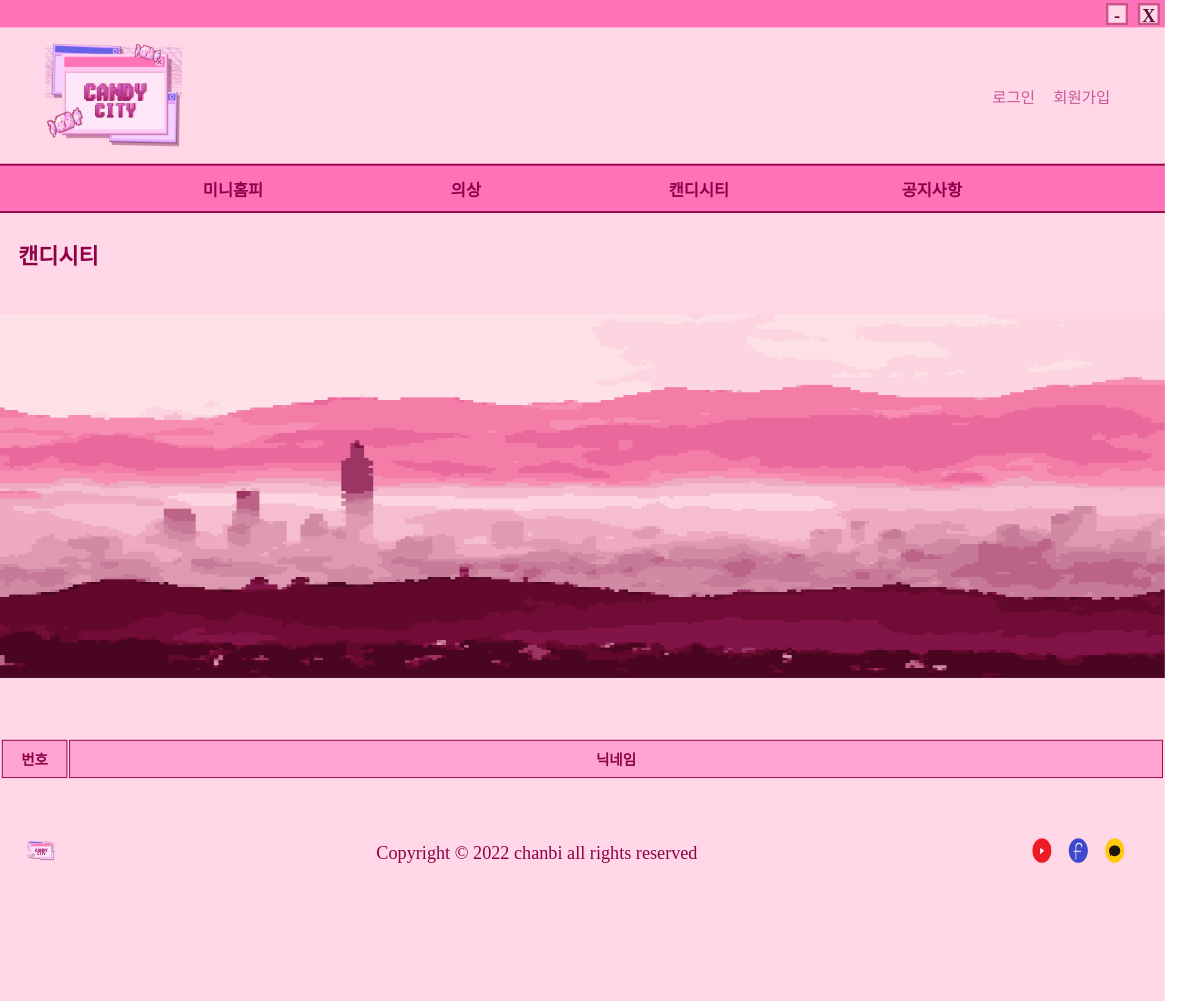
Repository: chanbiM/candyCityProject
Page: http://localhost/CandyCityProj/getCandyCityList
The author's editor kept a copy of each file at every save. The page is drawn from the files as they stood at one save, then again after the next save.
The browser window is 1280 px wide. The page is 1310 px wide, so the pictures cover 1310 px, including what lies to the right of the window. The pictures show the whole page, at 91% of full size.
Some web fonts or font styles are not loaded; a fallback is used. The page is served by Tomcat 9. Other server files are loaded and not shown. Queries for data that is not in the repository find no rows.

Above is the page before, as saved 2022-11-20 06:29:55.

### CandyCityProj/WebContent/member/character/candyCity.jsp
<%@page import="dao.CharacterDAO"%>
<%@page import="vo.CharacterVO"%>
<%@page import="vo.CostumeVO"%>
<%@page import="java.util.ArrayList"%>
<%@page import="vo.MemberVO"%>
<%@ page language="java" contentType="text/html; charset=UTF-8"
	pageEncoding="UTF-8"%>
<%@ include file="/header.jsp"%>
<link rel="stylesheet" href="/css/homepiStyle.css">
<link rel="stylesheet" href="/css/postListStyle.css">


<br>
<%
	ArrayList<MemberVO> candiCityList = (ArrayList<MemberVO>) request.getAttribute("candiCityList");
%>
<h2>캔디시티</h2>
<br>

<div class="candyCity">
	<ul class="mainList">
		<%
			for (MemberVO data : candiCityList) {
				//아바타 출력
				CharacterDAO charDao = new CharacterDAO();
				CharacterVO costume = charDao.getCharacterCode(data.getId());

				CostumeVO head = charDao.getCostumeInfo(costume.getHead());
				CostumeVO eyes = charDao.getCostumeInfo(costume.getEyes());
				CostumeVO body = charDao.getCostumeInfo(costume.getBody());
				CostumeVO shoes = charDao.getCostumeInfo(costume.getShoes());
		%>
				<li>
					<ul class="subList">
						<li class="char">
<%
						if (costume.getHead() != null) {
%> 							<a href="/GetHomepi?id=<%=data.getId()%>"><img alt="머리" src="/images/costume/<%=head.getName()%>" class="head"></a> <%
 						}
 						if (costume.getEyes() != null) {
 %>
 							<a href="/GetHomepi?id=<%=data.getId()%>"><img alt="눈" src="/images/costume/<%=eyes.getName()%>" class="eyes"></a>
<%
						}
						if (costume.getBody() != null) {
%>
							<a href="/GetHomepi?id=<%=data.getId()%>"><img alt="몸" src="/images/costume/<%=body.getName()%>" class="body"></a>
<%
						}
						if (costume.getShoes() != null) {
%>
							<a href="/GetHomepi?id=<%=data.getId()%>"><img alt="신발" src="/images/costume/<%=shoes.getName()%>" class="shoes"></a> <%
 						}
%>

 						<a href="/GetHomepi?id=<%=data.getId()%>"> <img alt="캐릭터" src="/images/costume/character.png" class="character"></a>
					</li>
					</ul>

				</li>

		<%
			}
		%>

	</ul>
		<img alt="캔디시티 배경" src="/images/candycityBack.png" id="candy_back"
		width="1280" height="400">
</div>
<br><br>




<!--미니홈피 목록-->
<table id="homepiList">
	<tr>
		<th class="number">번호</th>

		<th class="nickName">닉네임</th>
	</tr>

	<%
		int num = 1;
		for (MemberVO data : candiCityList) {
	%>
	<tr>
		<td><a href="/GetHomepi?id=<%=data.getId()%>"><%=num%></a></td>
		<td><a href="/GetHomepi?id=<%=data.getId()%>"><%=data.getName()%></a>
		</td>
	</tr>
	<%
		num++;
	%>
	<%
		}
	%>


</table>



<%@ include file="/footer.jsp"%>

### CandyCityProj/WebContent/header.jsp
<%@page import="vo.MemberVO"%>
<%@ page language="java" contentType="text/html; charset=UTF-8"
	pageEncoding="UTF-8"%>
<!DOCTYPE html>
<html>
<head>
<meta charset="UTF-8">
<title>Candy City</title>
<link rel="stylesheet" href="/css/mainStyle.css">
<script src="/js/jquery-3.1.1.min.js"></script>
</head>
<body>
	<div class="wrapper">
		<!-- 창 바 -->
		<div class="window">
			<button class="widow_btn" id="-_btn">-</button>
			<button class="widow_btn" id="x_btn">X</button>
		</div>

		<header>
			<!-- 로고 -->
			<div class="logo">
				<a href="/index.jsp"><img alt="로고" src="/images/logo.png"></a>
			</div>

			<!-- 기타 메뉴바 -->
			<div class="minimenu">

				<ul>
					<%
						MemberVO vo = (MemberVO) session.getAttribute("loginOK");
						if (vo == null) {
					%>
					<li><a href="/member/login.jsp">로그인</a></li>
					<li><a href="/member/insertMember.jsp">회원가입</a></li>
					<%
						} else {
					%>
					<li><a href="/member/myPage.jsp"><%=vo.getName()%>님</a></li>
					<li><a href="/logout"> 로그아웃 </a></li>
					<li><a href="/member/myPage.jsp">마이페이지</a></li>

					<%
						}
					%>
				</ul>

			</div>
		</header>

		<!-- 메뉴바 -->
		<nav>
			<ul class="mainmenu">
				<li><a href="/getHomepiList">미니홈피</a>
					<ul class="submenu">
					<%
						if (vo == null) {
					%>
						<li><a href="/member/login.jsp">내 미니홈피</a></li>
						<li><a href="/getHomepiList">미니홈피 목록</a></li>
					<%
						} else {
					%>

						<li><a href="/GetHomepi?id=<%= vo.getId() %>">내 미니홈피</a></li>
						<li><a href="/getHomepiList">미니홈피 목록</a></li>
					<%
						}
					%>
					</ul></li>

				<li><a href="#">의상</a>
					<ul class="submenu">
					<%
						if (vo == null) {
					%>
						<li><a href="/member/login.jsp">내 의상</a></li>
						<li><a href="/member/login.jsp">의상 상점</a></li>
						<li><a href="/member/login.jsp">의상 설정</a></li>
					<% } else {
					%>
						<li><a href="/getcCostumeList?id=<%= vo.getId() %>&name=<%= vo.getName() %>">내 의상</a></li>
						<li><a href="/getShopList?id=<%= vo.getId() %>">의상 상점</a></li>
						<li><a href="/characterSet">의상 설정</a></li>
					<%
					} %>
					</ul></li>

				<li><a href="/getCandyCityList">캔디시티</a>
					<ul class="submenu">
					</ul></li>

				<li><a href="/getNoticeList?type=E">공지사항</a>
					<ul class="submenu">
						<li><a href="/getNoticeList?type=E">이벤트</a></li>
						<li><a href="/getNoticeList?type=N">공지사항</a></li>
						<li><a href="/getNoticeList?type=R">당첨자 발표</a></li>
					</ul></li>

				<%
					MemberVO adminVo = (MemberVO) session.getAttribute("manager");
					if (adminVo != null) {
				%>
				<li><a href="/getUserList">관리자용 메뉴</a>
					<ul class="submenu">
						<li><a href="/getUserList">유저 리스트</a></li>
						<!-- <li><a href="#">문의글 확인</a></li>
						<li><a href="#">신고글 확인</a></li> -->
						<li><a href="/admin/noticeInsert.jsp">공지사항/이벤트 작성</a></li>
					</ul></li>
			<%
				}
			%>
			</ul>

		</nav>

### CandyCityProj/WebContent/footer.jsp
<%@ page language="java" contentType="text/html; charset=UTF-8"
    pageEncoding="UTF-8"%>
        <!-- 푸터 영역 -->
        <footer>
            <!-- 하단로고 -->
            <div>
                <a href="/index.jsp" class="logo">
                    <img src="/images/logo.png" alt="로고" >
                </a>
            </div>
            <!-- 카피라이트 -->
            <div class="copyright">
                <p> Copyright &copy; 2022 chanbi all rights reserved</p>
            </div>
            <!-- SNS -->
            <div>
                <ul class="sns">
                    <li><a href="https://www.youtube.com/@rorochanbi"><img src="/images/youtube.png" alt="유튜브" height="40"></a></li>
                    <li><a href="#"><img src="/images/facebook.png" alt="페이스북" height="40"></a></li>
                    <li><a href="https://open.kakao.com/o/s1olGebe"><img src="/images/kakao.png" alt="카카오톡" height="40"></a></li>
                </ul>
            </div>
        </footer>
    </div>
	<script src="/js/script.js"></script>
</body>
</html>

### CandyCityProj/src/controller/GetCandyCityListController.java
package controller;

import java.io.IOException;
import java.io.PrintWriter;
import java.util.ArrayList;

import javax.servlet.ServletException;
import javax.servlet.annotation.WebServlet;
import javax.servlet.http.HttpServlet;
import javax.servlet.http.HttpServletRequest;
import javax.servlet.http.HttpServletResponse;

import dao.MemberDAO;
import vo.MemberVO;


@WebServlet("/getCandyCityList")
public class GetCandyCityListController extends HttpServlet {
	private static final long serialVersionUID = 1L;

    public GetCandyCityListController() {
        super();
    }

	protected void doGet(HttpServletRequest request, HttpServletResponse response) throws ServletException, IOException {
		response.setContentType("text/html; charset=UTF-8");
		request.setCharacterEncoding("UTF-8");
		PrintWriter out = response.getWriter();
		MemberDAO dao = new MemberDAO();
		ArrayList<MemberVO> candiCityList = dao.getCandyCityList();

		request.setAttribute("candiCityList", candiCityList);
		request.getRequestDispatcher("/member/character/candyCity.jsp").forward(request, response);

	}

	protected void doPost(HttpServletRequest request, HttpServletResponse response) throws ServletException, IOException {
		doGet(request, response);
	}

}

### CandyCityProj/src/common/JdbcUtill.java
package common;

import java.sql.Connection;
import java.sql.DriverManager;
import java.sql.PreparedStatement;
import java.sql.ResultSet;

public class JdbcUtill {
	public static Connection getConnection() {
		Connection conn = null;

		try {
			Class.forName("oracle.jdbc.driver.OracleDriver");
			conn = DriverManager.getConnection("jdbc:oracle:thin:@localhost:1521:xe", "hr", "hr");
		} catch (Exception e) {
			System.out.println("DB 연결 실패");
			e.printStackTrace();
		}
		return conn;
	}

	public static void close(Connection conn, PreparedStatement pstmt) {
		if (pstmt!= null) {
			try {
				pstmt.close();
			} catch (Exception e) {
				// TODO: handle exception
				System.out.println("pstmt.close() 실패");
			}
		}

		if(conn != null) {
			try {
				conn.close();
			} catch (Exception e) {
				// TODO: handle exception
				System.out.println("conn.close() 실패");
				e.printStackTrace();
			}
		}
	}

	public static void close(Connection conn, PreparedStatement pstmt, ResultSet rs) {
		if(rs != null) {
			try {
				rs.close();
			} catch (Exception e) {
				// TODO: handle exception
				System.out.println("rs.close() ����");
				e.printStackTrace();
			}
		}
		close(conn, pstmt);
	}


}

### CandyCityProj/WebContent/css/mainStyle.css
@font-face {
    font-family: 'DungGeunMo';
    src: url('https://cdn.jsdelivr.net/gh/projectnoonnu/noonfonts_six@1.2/DungGeunMo.woff') format('woff');
    font-weight: normal;
    font-style: normal;
}
* {
    margin: 0;
    padding: 0;
    list-style: none;
    text-decoration: none;
    color: rgb(19, 0, 1);
    font-family: 'DungGeunMo';
    color: #8e0047;
    -ms-user-select: none;
   -moz-user-select: -moz-none;
   -khtml-user-select: none;
   -webkit-user-select: none;
   user-select: none;
}

.wrapper {
    width: 1280px;
    min-height: 1100px;
    margin: 0 auto;
    background-color: rgb(255, 215, 230);
}

.window {
    width: 100%;
    height: 30px;
    display: flex;
    justify-content: flex-end;
    background-color: #FF72B7;
    align-items: center;
}
.widow_btn {
    width: 25px;
    height: 25px;
    margin: 5px;
    color: #580e32;
    font-weight: bold;
    font-size: 20px;
    background-color: rgb(255, 215, 230);
    border: 3px solid #ce528e;
}

.widow_btn:hover {
    background-color: rgb(203, 164, 178);
    border: 3px solid #953c67;
    cursor: pointer;
    text-align: center;
}

.logo > a {
    display: flex;
}

.logo > a > img {
    width: 150px;
    height: 120px;
    margin: 50px;
    margin-top: 15px;
}

header {
    width: 100%;
    height: 150px;
    display: flex;
    justify-content: space-between;
}

.minimenu {
    width: 1000px;
    display: flex;
    font-size: 17px;
    align-items: center;
    margin-right: 50px;
    justify-content: flex-end;
}

.minimenu ul{
    display: flex;
}

.minimenu ul li {
    margin: 10px;
}

.minimenu ul li:hover {
    font-weight: bold;
}

/*.minimenu ul {
    width: 100%;
    display: flex;
    justify-content: space-evenly;
}*/

.minimenu ul li a{
	color: #c95899;
}

.mainmenu {
    /* 메뉴 요소 4개 가로정렬 */
    width: 1280px;
    display: flex;

    /* 중앙정렬 */
    text-align: center;
    align-items: center;
    justify-content: center;

    background-color: #FF72B7;
    border-top: 2px #8e0047 solid;
    border-bottom: 2px #8e0047 solid;
    position:relative;

}

.mainmenu li {
    width: 20%;
    height: 50px;
}

.mainmenu a {
    display: flex;
    justify-content: center;
    align-items: center;
    width: 100%;
    height: 100%;
    font-size: 18px;
    font-weight: 600;

    /* 하이라이팅 줄때 애니메이션을 줄 시간과 속성들 */
    transition: background-color 1s, color 1s;
}
/* :hover -> 마우스를 위에 올려 놓을때 적용할 스타일*/
.mainmenu a:hover {
    background-color: #aa4a78;
    color: white;
}


.mainmenu .submenu {
    /* 부모의 면적 + 다른 요소에 영향을 주지 않음 -> 다른 요소에 독립적*/
    position: absolute;
    /* 맨 앞으로 가져오기*/
    z-index: 100;
	width: 20%;

    background-color: #FF72B7;
    color: white;

    /* 기본적으로는 가려짐. 나중에 js로 호버될때 해제되도록 해줄 것 */
    display: none;
}

.submenu li {
    width: 100%;
}
.submenu a:hover {
    background-color: rgb(254, 207, 228);
    color: rgb(70, 19, 30);
}

#slide {
    width: 100%;
    height: 300px;
    position: relative;
    overflow: hidden;
}
#slide>ul>li>a>img {
    position: absolute;
    width: 100%;
    top: 0;
    left: -100%;
    opacity: 0;
}

#slide >ul>li>a>img:first-child {
    left: 0;
    opacity: 1;
}

#slide ul {
    /* 다른 요소에 관여받지 않고 #slide 기준으로 움직이도록*/
    position: absolute;
    top: 0;
    left: 0;

    width: 100%;


}

/* 섹션 */

section {
    display: flex;
    height: 350px;
    overflow: hidden;
    margin: 20px;
}

section > div {
    flex: 1;
    max-width: 50%;

    padding: 10px;
}

/* 컨텐츠 탭 */
.tab {
    display: flex;
}

/* 활성화 된 탭 추가 효과 */
.tab .active {
    background-color: #FF72B7;
}
.tab .active a{
    color: white;
}


.tab div {
    padding: 7px;
    border: 1px solid #800040;
    /* content, tab이 보더가 곂치므로 한쪽 없애주기 */
    border-bottom: none;
}

#content_container .content {
    padding: 7px;
    border: 1px solid #800040;

    /* 일정 크기 이상으로 글자가 나오는걸 방지 */
    max-width: 600px;
    height: 200px;
}

/* 각 요소들의 글자가 넘쳐날 경우 .... 처리*/
#post li {
    overflow: hidden;
    text-overflow:ellipsis;
    white-space: nowrap;
    line-height: 25px;


    border-bottom: 1px solid #800040;
}

/* 갤러리 */
/* 기본적으로 활성화 된게 공지사항이므로 갤러리 컨텐츠는 가리기 */
#event {
    display: none;
}

#event li{
    overflow: hidden;
    text-overflow:ellipsis;
    white-space: nowrap;
    line-height: 25px;


    border-bottom: 1px solid #800040;
}

#ranking {
	margin-top: 2px;
}
#ranking ul, #ranking li{
    width: 95%;
}

#ranking ul {
	border: 2px solid #800040;

	padding: 10px;
	height: 195px;


}
#ranking li {
    /* 버튼별 간격 */
    margin-bottom: 15px;
    width: 96%;


    /* 버튼 내부 간격 */
    padding: 7px;
    text-align: center;
    background-color: #e366b1;
    text-align: left;
    color: #8e0047;
}

#ranking h4 {
	background-color: #FF72B7;
	color: white;

	font-weight: normal;
	border: 2px solid #800040;
	width: 130px;
	padding: 5px;
	overflow: hidden;
	text-align: center;
	border-bottom: none;
}
#ranking a {
    color: white;
    margin-left: 5px;
}

/* 푸터 */

footer {
    /* 가로 정렬 */
    display: flex;

    /* 3가지 요소들 가로 간격 */
    justify-content: space-between;
    /* 세로 중앙 정렬*/
    align-items: center;

    width: 100%;
    height: 100px;
    margin: 30px;
}

.sns {
    display: flex;
    margin-right: 70px;
}

/* sns 아이콘별 간격 */
.sns li {
    margin-left: 10px;
}

footer img {
    width: 30px;
}


.copyright {
	font-size: 20px;
}

.info {
	width: 100%;
	margin-left: 20px;
	height: 700px;
}

.infoText {
	width: 300px;
	height: 30px;
	font-size: 23px;
	border: 0px;
	background-color: #ffeaf3;
	text-align: center;
}

.info th {
	width: 250px;
	margin: 5px;
	font-size: 30px;
}

.info td {
	width: 300px;
	margin: 10px;
	font-size: 25px;
	text-align: center;
}

.updatebtn {
	border: 0px;
	background-color: rgb(255, 215, 230);
	font-size: 25px;

}

input:focus {outline: none;}

hr {
	margin: 30px;
	width: 90%;
	margin: auto;

	height : 1px;
    border: 0;
	background-color : #811b4e;

}

h2 {
	margin: 30px;
}

/* 팝업의 배경 */
.popup_back {
    /* 기본적으로 가려짐 */
    display: none;

    /* 사이트 내용의 면적을 무시하고 배치*/
    position: absolute;
    top: 0;
    left: 0;

    /* 창 전체 가로 세로 채우기*/
    width: 100%;
    height: 100%;

    /* 검정색 배경(0,0,0,)에서 0.8로 투명도 설정*/
    background: rgba(0,0,0,0.3);
    position: fixed;

}

/* 팝업 본체 */
.popup{
    position: relative;

    /* 팝업 창의 가로 세로*/
    width:500px;
    height:300px;

    /* 배경 면적의 top 50%, left 50% 위치로 이동 */
    top:50%;
    left:50%;
    /* 중앙 배치를 위해 팝업의 가로 세로의 절반 크기 만큼 옮기기*/
    margin-top: -100px;
    margin-left:-200px;

    background:#fff;
    padding: 20px;
}


/* 팝업 버튼 */
.popup_close {
    position: absolute;
    padding: 5px;

    /* 팝업의 아래쪽부터 20px, 오른쪽으로부터 20px */
    right: 20px;
    bottom: 20px;
    background-color: #FF72B7;
    border: 2px solid #ea0075;
}
.popup_close:hover {
	background-color: #f14b9a;
    border: 2px solid #aa0055;
    cursor: pointer;
}

.pwdUpdateBtn {
	position: absolute;
    padding: 5px;

    /* 팝업의 아래쪽부터 20px, 오른쪽으로부터 20px */
    right: 100px;
    bottom: 20px;
    background-color: #FF72B7;
    border: 2px solid #ea0075;
}

.pwdUpdateBtn:hover {
	background-color: #f14b9a;
    border: 2px solid #aa0055;
    cursor: pointer;
}

/* 팝업의 배경 */
.popup_back_del {
    /* 기본적으로 가려짐 */
    display: none;

    /* 사이트 내용의 면적을 무시하고 배치*/
    position: absolute;
    top: 0;
    left: 0;

    /* 창 전체 가로 세로 채우기*/
    width: 100%;
    height: 100%;

    /* 검정색 배경(0,0,0,)에서 0.8로 투명도 설정*/
    background: rgba(0,0,0,0.3);
    position: fixed;

}

/* 팝업 본체 */
.popup_del{
    position: relative;

    /* 팝업 창의 가로 세로*/
    width:500px;
    height:300px;

    /* 배경 면적의 top 50%, left 50% 위치로 이동 */
    top:50%;
    left:50%;
    /* 중앙 배치를 위해 팝업의 가로 세로의 절반 크기 만큼 옮기기*/
    margin-top: -100px;
    margin-left:-200px;

    background:#fff;
    padding: 20px;
}

### CandyCityProj/WebContent/css/homepiStyle.css
body {
    -ms-overflow-style: none;
}

a:hover {
	cursor: pointer;
}
body::-webkit-scrollbar {
    display: none;
}
.wrapper {
	min-height: 1100px;
}

.member_info {
    width: 95%;
    background-color: #fecddd;
    height: 150px;
    margin: auto;
    padding: 20px;
}

.member_info li{
	height: 100%;
}
.member_info ul {
    display: flex;
    justify-content: space-evenly;
    align-items: center;
    height: 100%;
}

.profile_char img{
    width: 150px;
    height: 150px;
    background-color: rgb(164, 111, 130);
    border-radius: 20px;
}

.info {
    width: 800px;
}

#homepi_info {
    width: 150px;
    height: 40px;
    margin-top: 100px;
    background-color: #ca6497;
    color: #fff1f1;
    border: 2px #9a4f74 solid;
    border-radius: 5px;
}

#homepi_info:hover {
    background-color: #943464;
    color: #d5c8c8;
    cursor: pointer;
    transition: background-color 0.2s, color 0.2s;
}

input:focus {outline: none;}

input::placeholder {
    color: #7e3b5d;
}

.character_info {
    float: left;
    width: 300px;
    background-color: #fecddd;
    height: 470px;
    margin: 15px;
    padding: 20px;
    text-align: center;
}

.info_character {
    width: 280px;
    border-radius: 20px;
    height: 350px;
    display: flex;
    margin: auto;
    margin-bottom: 5px;
}

.info_character img {
	width: 300px;
	height: 400px;
	position: absolute;
}

#post_btn {
    width: 250px;
    height: 40px;
    margin-bottom: 10px;
    background-color: #ca6497;
    color: #fff1f1;
    border: 2px #9a4f74 solid;
    border-radius: 5px;
}
#post_btn:hover {
    background-color: #943464;
    color: #d5c8c8;
    cursor: pointer;
    transition: background-color 0.2s, color 0.2s;
}

.post_search {
    margin: 15px;

}

input[type="text"]{
   width: 65%;
   height: 50px;

    font-size: 25px;
    padding-left: 5px;
    /*border: #811b4e 2px solid;*/
    border: 2px solid #943464;
    background-color: rgb(255, 255, 255);
  }

  input[type="submit"]{
    width: 5%;
    height: 56px;
    background-color: #ca6497;
    color: #fff1f1;
    border: 2px #9a4f74 solid;
  }
  input[type="submit"]:hover {
    background-color: #943464;
    color: #d5c8c8;
    cursor: pointer;
    transition: background-color 0.2s, color 0.2s;
}

.representative_post {
    border: 2px solid #943464;

    width: 66%;
    height: 750px;
    display: inline-block;
    padding: 20px;
}
#post_content {
    height: 370px;
}
#post_list {
    display: flex;
    align-items: flex-end;
    justify-content: flex-end;
}
#post_list button{
    background-color: #ca6497;
    color: #fff1f1;
    border: 2px #9a4f74 solid;
    width: 200px;
    height: 40px;
}



#post_list button:hover {
    background-color: #943464;
    color: #d5c8c8;
    cursor: pointer;
    transition: background-color 0.2s, color 0.2s;
}

hr {
    width: 100%;
    text-align: center;
    margin: auto;

	height : 1px;
    border: 0;
	background-color : #811b4e;
}

.post {
    border: 2px solid #943464;

    width: 66%;
    height: 750px;
    display: inline-block;
    padding: 20px;
}

.title {
	margin: 0px;
}

.notice {
	border: 2px solid #943464;

    width: 1180px;
    height: 750px;
    padding: 20px;
    margin: 30px;
}

#notice_content {
	height: 600px;
}

#notice_list {
    display: flex;
    justify-content: flex-end;
    margin-right: 30px;
}
#notice_list button{
    background-color: #ca6497;
    color: #fff1f1;
    border: 2px #9a4f74 solid;
    width: 200px;
    height: 40px;
}


.head {
	z-index: 60;
}

.eyes {
	z-index: 59;
}

.body {
	z-index: 61;
}

.shoes {
	z-index: 58;
}

.character {
	z-index: 50;

}

### CandyCityProj/WebContent/css/postListStyle.css
#post_list {
    width: 900px;
    display: flex;
    justify-content: center;

}

th {
	background-color: #ffa4d1;
}


td, th, tr {
	text-align: center;
    border: 1px solid;
    height: 40px;
    overflow: hidden;
}

.number {
    width: 70px;
}

.title {
    width: 700px;
}
.date {
	width: 300px;
}
.end {
	width: 250px;
}
.type {
    width: 80px;
}

.name {
	width: 800px;
}

.joinDate {
	width: 400px;
}

.loginDate {
	width: 400px;
}

.buttonBox {
	width: 100%;
    display: flex;
    justify-content: flex-end;

}

.listBtn {
	margin-right: 10px;
	margin-bottom: 20px;
	width: 250px;
    height: 40px;
    margin-bottom: 10px;
    background-color: #f499c5;
    border: 2px #9a4f74 solid;
    border-radius: 5px;
}

.listBtn:hover {
    background-color: #943464;
    color: #d5c8c8;
    cursor: pointer;
    transition: background-color 0.2s, color 0.2s;
}

h2 {
	margin-left: 20px;
	margin-top: 10px;
}

.homepiList {
	margin: auto;

}

.nickName {
	width: 1200px;
}

.candyCity {
	width: 100%;
	height: 400px;
	margin-bottom: 30px;
	display: flex;
}

.char img {
	margin-top: 20px;
	position: absolute;
}


#candy_back{
	position: absolute;
}

.mainList {
	width: 100%;
	display: flex;
	flex-wrap:wrap;
}

h3 {
	margin-top: 100px;
	text-align: center;
	margin-bottom: 150px;
}
.mainList li {
	width: 20%;
	display: flex;
	justify-content: center;



}

.subList {
	width: 100%;
	height: 300px;
	align-items: center;

}

.subList li{
	width: 100%;
	text-align: center;
	overflow: hidden;
	height: 300px;
}

.char_name {
	height: 50px;
	z-index: 70;
}

Loaded but not shown: CandyCityProj/WebContent/js/jquery-3.1.1.min.js (library); CandyCityProj/WebContent/js/script.js (84 lines, source omitted); CandyCityProj/src/dao/MemberDAO.java (382 lines, source omitted)

After the next save:
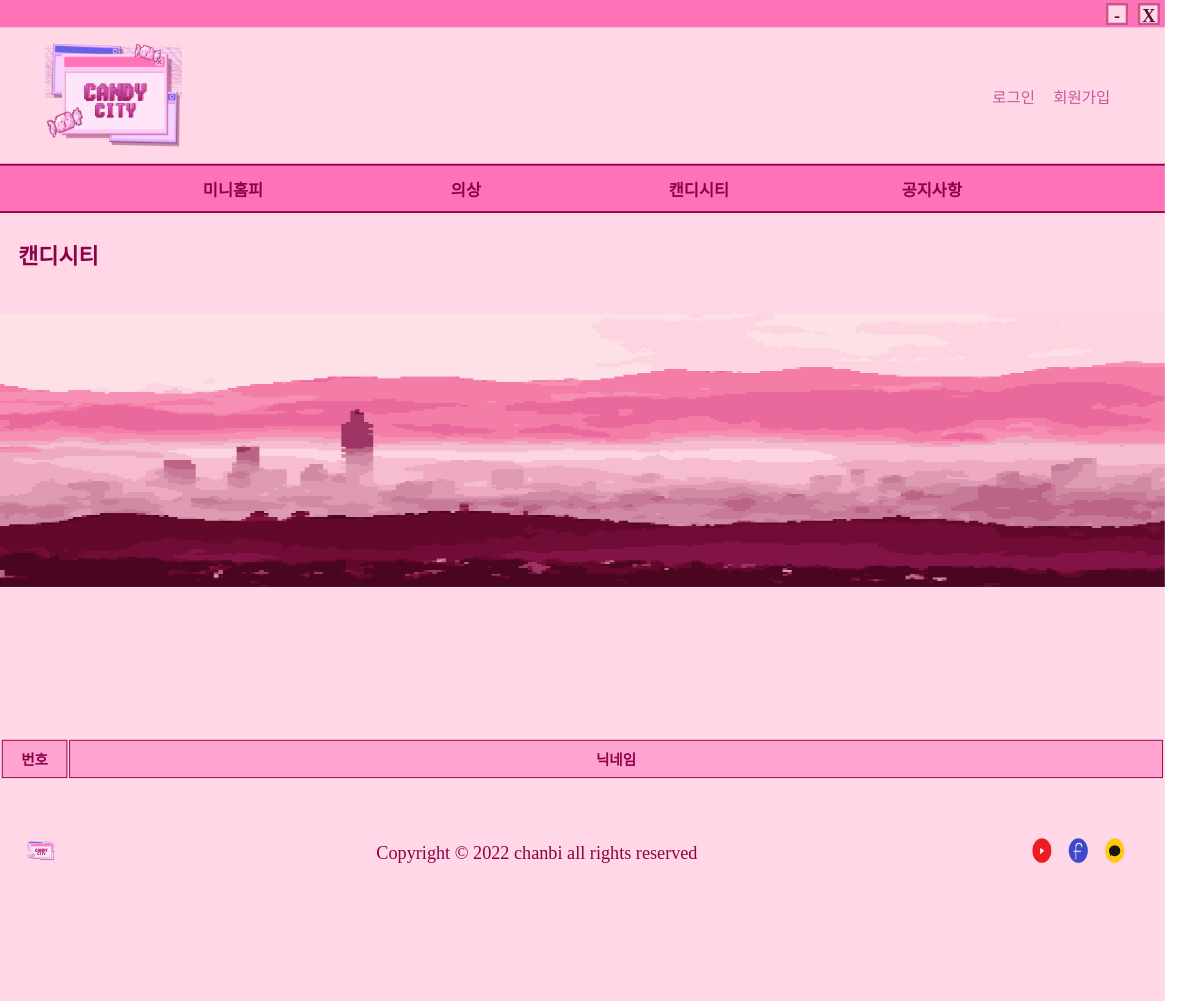
Saved 77 s later.
--- a/CandyCityProj/WebContent/member/character/candyCity.jsp
+++ b/CandyCityProj/WebContent/member/character/candyCity.jsp
@@ -65,7 +65,7 @@
 
 	</ul>
 		<img alt="캔디시티 배경" src="/images/candycityBack.png" id="candy_back"
-		width="1280" height="400">
+		width="1280" height="300">
 </div>
 <br><br>
 
